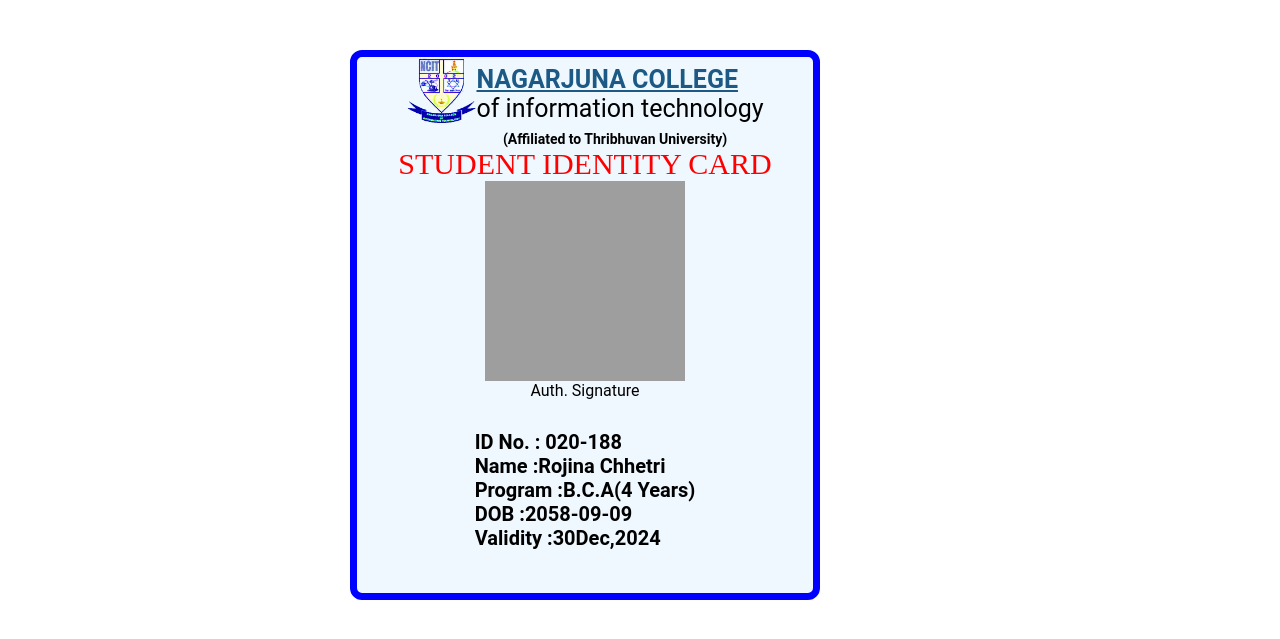
Repository: Rojinachhetri/roji
Page: rojina.html
These files come from the project's save history. The page is drawn as it stood at one moment and after the next save; the edit follows.
The browser window is 1280 px wide. The pictures show the whole page.
Pictures or frames that could not be fetched are drawn as grey boxes.

Above is the page before, as saved 2023-04-24 22:46:33.

After the next save:
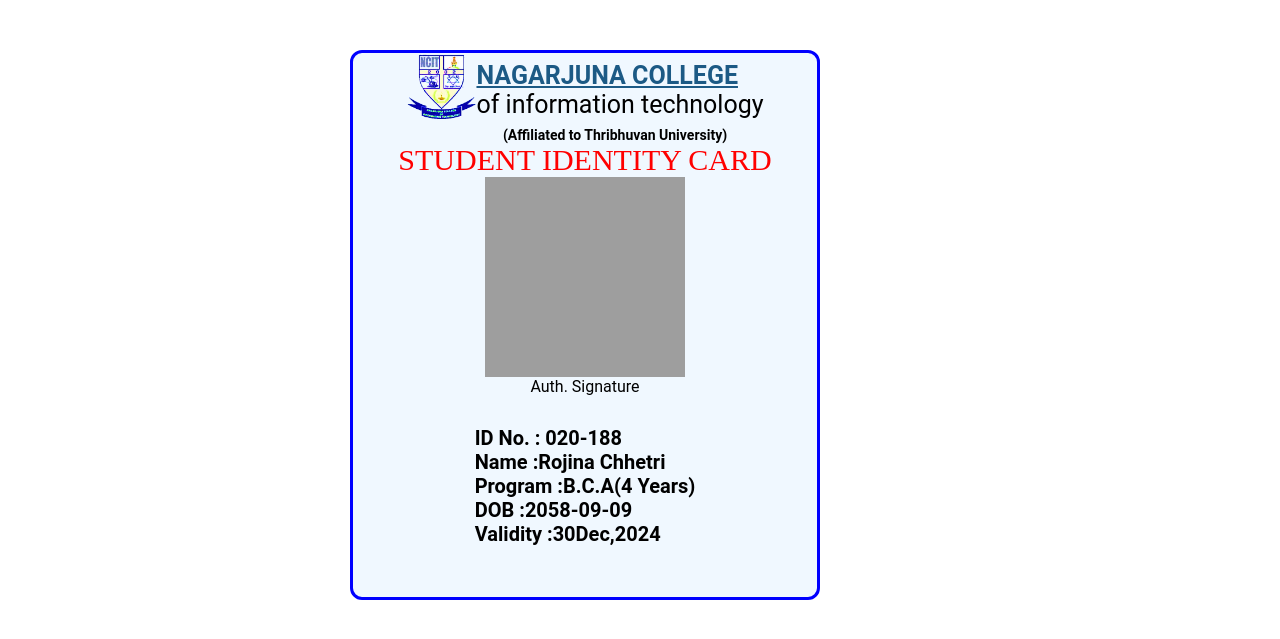
Saved 7 s later.
--- a/rojina.css
+++ b/rojina.css
@@ -9,7 +9,7 @@
         width: 470px;
         height: 550px;
         background-color: aliceblue;
-        border: 7px solid blue;
+        border: 3px solid blue;
         display: flex;
         flex-direction: column;
         align-items: center;
